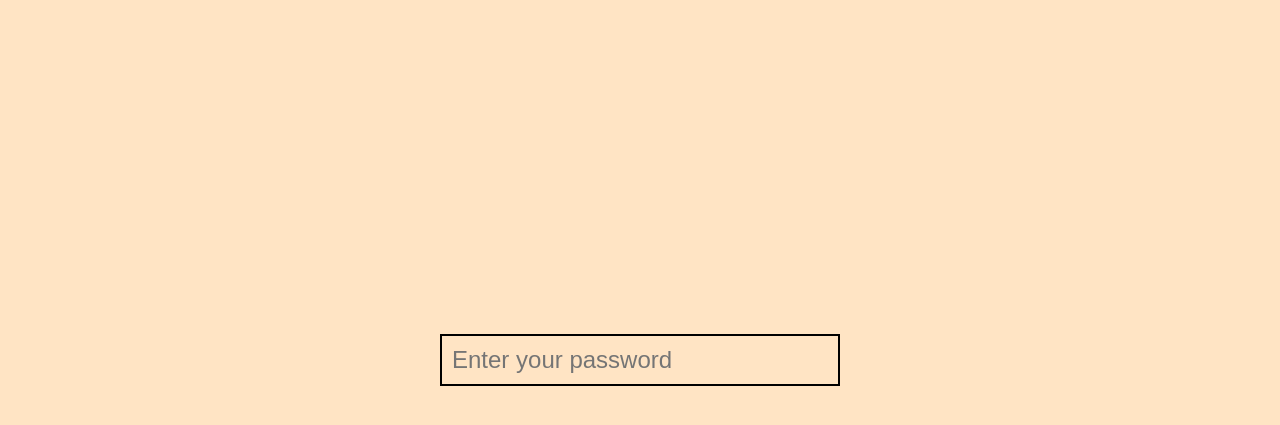
Repository: JunaidAnsari202/Password-Checker
Page: index.html
The author's editor kept a copy of each file at every save. The page is drawn from the files as they stood at one save, then again after a run of saves.
The browser window is 1280 px wide. The pictures show the whole page.

Above is the page before, as saved 2024-10-13 12:15:40.

After the next 4 saves:
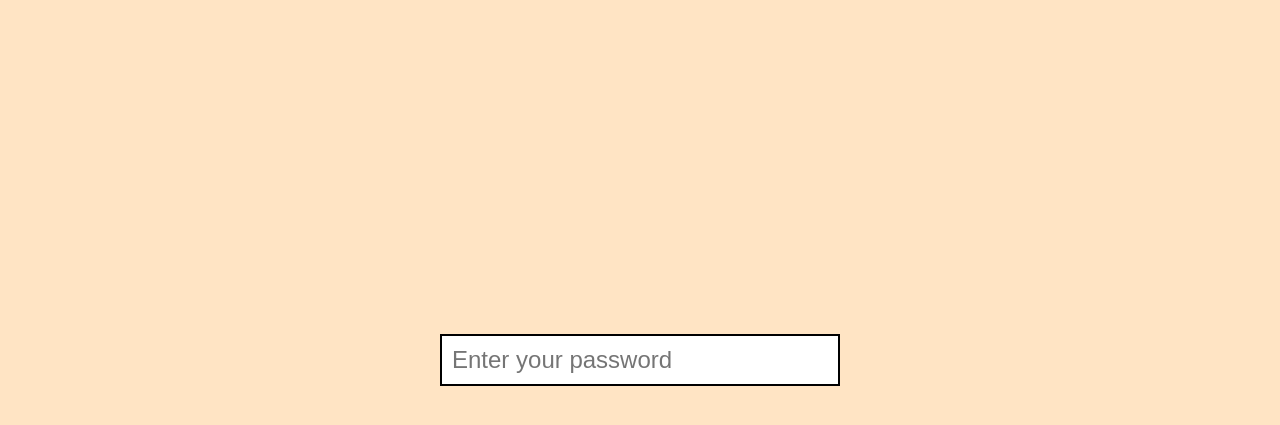
The 4 saves are shown as one change because they came seconds apart.
The last was saved 56 s later.
--- a/style.css
+++ b/style.css
@@ -16,7 +16,7 @@ body{
     width: 400px;
     padding:10px ;
     font-size: 1.5rem;
-    background-color: bisque;
+    background-color:white;
     border: 2px solid black;
 
 }
